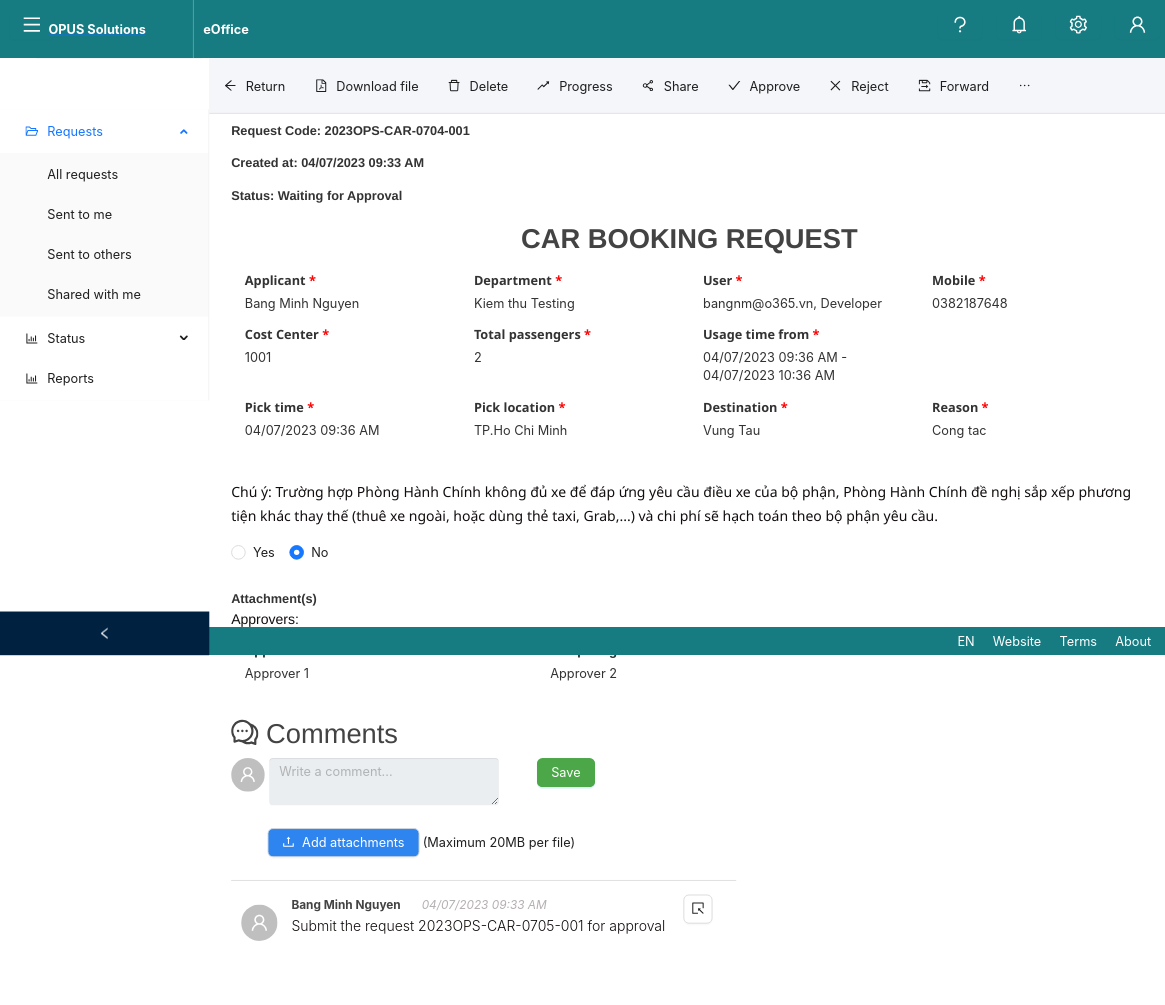
Repository: vannam272008/car-booking
Page: /request/detail
These files come from the project's save history. The page is drawn as it stood at one moment and after the next save; the edit follows.
The browser window is 1280 px wide. The pictures show the whole page, at 91% of full size.
The project was rebuilt for these pictures with package versions that can differ from the ones it lists, and the page was loaded fresh each time. Also part of the build but not shown: src/Components/AppSider/AppSider.scss, src/Components/AppSider/AppSider.css, src/Pages/ManageRequest/index.css, src/Pages/ManageRequest/ManageRequest.tsx, src/Components/AddRequest/MenuAdd/menuAdd.tsx, src/Components/AddRequest/SendApprover/sendApprover.css, src/Components/AddRequest/SendApprover/sendApprover.tsx, src/Components/AddRequest/AddRequest/addRequest.css and 1 more. Imported but missing from the stored project, and not drawn on this page: src/Pages/Home.

Above is the page before, as saved 2023-07-10 16:24:54.

### src/index.tsx
import React from 'react';
import ReactDOM from 'react-dom/client';
import './index.css';
import App from './App';
import reportWebVitals from './reportWebVitals';
import { BrowserRouter } from 'react-router-dom';
import { Provider } from 'react-redux';
import { configureStore } from '@reduxjs/toolkit';
import requestReducer from './Reducers/requestReducer';
import { store } from './Store/store';


const root = ReactDOM.createRoot(
  document.getElementById('root') as HTMLElement
);
root.render(
  <Provider store={store}>
    <React.StrictMode>
      <BrowserRouter>
        <App />
      </BrowserRouter>
    </React.StrictMode>
  </Provider>
);

// If you want to start measuring performance in your app, pass a function
// to log results (for example: reportWebVitals(console.log))
// or send to an analytics endpoint. Learn more: https://bit.ly/CRA-vitals
reportWebVitals();

### src/App.tsx
import { Route, Routes } from 'react-router-dom';
import './App.css';
import Home from './Pages/Home';
import DetailRequest from './Components/DetailRequest/DetailRequest/detailRequest';
import ManageRequest from './Pages/ManageRequest/ManageRequest';
import AddRequest from './Components/AddRequest/AddRequest/addRequest';


function App() {
  return (
    <Routes>
      <Route path="/" element={<Home />} />
      <Route path="/request/carbooking" element={<ManageRequest />} />
      <Route path="/request/detail" element={<DetailRequest />} />
      <Route path='/request/addrequest' element={<AddRequest />} />
      {/* <Route path="/employee/create" element={<AddEmployee />} />
        <Route path="/department/create" element={<AddDepartment />} /> */}
    </Routes>
  );
}

export default App;

### src/Store/store.ts
import requestReducer from "../Reducers/requestReducer";
import { configureStore, createStore } from "@reduxjs/toolkit";


// export const store = configureStore({
//     reduder: {
//         request: requestReducer
//     }
// });

export const store = createStore(requestReducer);

### src/Reducers/requestReducer.ts
// interface RequestState {
//     requestList: string[]
// }

const initState = {
    requestList: [],
    success: true,
}

const requestReducer = (state = initState, action: { type: any; payload: any }) => {
    switch (action.type) {
        case 'SET_REQUEST_LIST':
            return {
                ...state,
                requestList: action.payload,
                success: false
            }
        default:
            return state
    }
}

export default requestReducer

### src/Components/RequestLayout/index.jsx
import React, { useState } from 'react';
import { LaptopOutlined, NotificationOutlined, UserOutlined } from '@ant-design/icons';
import { Layout, theme } from 'antd';
import AppHeader from '../../Components/AppHeader';
import AppSider from '../../Components/AppSider';
import AppFooter from '../../Components/AppFooter';

import "./RequestLayout.scss";

const { Content } = Layout;

const RequestLayout = ({ profile, children }) => {
    const {
        token: { colorBgContainer },
    } = theme.useToken();

    return (
        <div className='manage-request'>
            <AppHeader />
            <Content>
                <Layout style={{ padding: '24px 0', backgroundColor: colorBgContainer }}>
                    <AppSider profile={profile} />
                    <Layout style={{ padding: '24px 0px',backgroundColor: colorBgContainer}}>
                        <Content style={{ padding: '0 24px', minHeight: 280 }}>
                            {children()}
                        </Content>
                    </Layout>
                </Layout>
            </Content>
            <AppFooter />
        </div>


    );
};

export default RequestLayout;

### src/Components/DetailRequest/DetailRequest/detailRequest.css
*{
    box-sizing: border-box;
  }
  .required {
    color: red;
  }
  .page-detail-request{
    min-height: calc(100vh - 83px);
    transition: all 0.3s;
    background-color: #ffffff;
    font-family: "Helvetica Neue",Helvetica,Arial,sans-serif;
    font-size: 14px;
    line-height: 1.42857143;
    color: #333;
    background-color: #fff;
  }

  .info-detail-request{
    margin-top: 85px;
    margin-right: -20px;
    padding-right: 15px;
  }

  .info-basic-detail-request p{
    width: 100%;
    font-weight: 700;
  }

  .title-detail-request{
    color: #434343;
    text-align: center;
    font-size: 30px;
    margin-top: 20px;
    margin-bottom: 20px;
    font-family: inherit;
    font-weight: 500;
    line-height: 1.1;
    font-weight: 700;
  }

  .content-detail-request{
    font-family: "Segoe UI";
    font-size: 14px;
    line-height: 1.42857143;
  }

  .col-detail-request{
    margin-bottom: 15px;
    position: relative;
    min-height: 1px;
    padding-right: 15px;
    padding-left: 15px;
  }

  .col-detail-request label{
    display: inline-block;
    max-width: 100%;
    margin-bottom: 5px;
    font-weight: 700;
    cursor: default;
    font-family: "Segoe UI";
  }
  .attention-detail-request{
    margin-top: 30px;
    margin-bottom: 30px;
    font-family: "Segoe UI";
  }

  .attention-detail-request  p{
    font-size: 1.1em;
    font-weight: 300;
    line-height: 1.7em;
    color: #130e0e;
  }

  .list-approvers p{
    font-size: 1.1em;
    font-weight: 300;
    line-height: 1.7em;
    color: #130e0e;
    margin: 0 0 10px;
  }

  .approver{
    margin-bottom: 15px;
    position: relative;
    min-height: 1px;
    padding-right: 15px;
    padding-left: 15px;
  }

  .approver  label{
    display: inline-block;
    max-width: 100%;
    margin-bottom: 5px;
    font-weight: 700;
    cursor: default;
  }

### src/Components/DetailRequest/Comments/comment.css
.comments-detail-request{
    margin-top: 25px;
}
.title-comment{
    color: #434343 !important;
    font-size: 30px;
    margin-top: 20px;
    margin-bottom: 10px;
    font-family: inherit;
    font-weight: 500;
    line-height: 1.1;
}
.row-comment-box{
    margin-bottom: 25px;
}
.input-comment{
    width: 100%;
    border: none;
    background: #EBEEF0;
    font-size: 14px;
    line-height: 1.42857143;
    color: #555;
    border-radius: 4px;
    box-shadow: inset 0 1px 1px rgba(0,0,0,.075);
}
.btn-comment{
    background-color: rgb(75,167,71);
    color: white;
}
.upload-comment{
    padding-left: 40px;
}
.list-comment{
    max-width: 555px;
    padding: 15px 0;
    border-top: 1px solid #DDDDDD;
}
.reply-upload-comment{
    margin-top: 15px;
}
.comment-avatar{
    float: left;
    width: 40px;
    padding: 1px;
    margin-top: 10px;
    margin-right: 10px;
    margin-left: 10px;
}
.comment-reply{
    width: 65px;
    text-align: right;
}
.comment-content{
    font-size: 1.1em;
    font-weight: 300;
    line-height: 1.7em;
    color: #130e0e;
    margin: 0 0 10px;
}
.comment-author{
    font-weight: 700;
    margin-right: 8px;
    color: #434343;
    font-size: 13px;
    line-height: 1.7em;
}
.comment-date{
    font-size: 13px;
    margin-left: 15px;
    color: #b4afb2;
    font-style: italic;
}
.reply-comment{
    width: 100%;
    border-top: 1px solid #DDDDDD;
    margin-left: 50px;
    padding: 15px 0;
}
.reply-row{
    width: 100%;
    margin-top: 15px;
    padding-bottom: 0;
    display: flex;
    flex-wrap: wrap;
}
.btn-cancel{
    border: 1px solid transparent;
    border-radius: 4px;
    font-size: 14px;
    font-weight: 400;
    line-height: 1.42857143;
    text-align: center;
    background-color: #f0ad4e;
    margin-left: 15px;
    color: #ffffff;
    padding: 4px 12px;
    height: 30px;
}
.btn-save{
    margin-left: 15px;
}
.reply-comment-row{
    width: 505px;
    margin-left: 50px;
    padding: 15px 0;
    border-top: 1px solid #DDDDDD;
    min-width: 444px;
}

### src/Components/DetailRequest/Menu/menu.css
.fixed-menu {
    position: fixed;
    top: 64px;
    width: 100%;
    z-index: 999;
    border-bottom: 1px solid #e1e1e1;
    border-top-left-radius: 0;
    background-color: rgb(245,246,250);
    min-height: 61px;
    display: flex;
    align-items: center;
    flex-wrap: wrap;
    margin-left: -24px;
}

.fixed-menu .Menu.Item {
    white-space: nowrap;
    margin: 0 10px;
    color: #8894A1;
    font-weight: 500;
    text-decoration: none;
    outline: none;
    transition: all 0.3s;
    cursor: pointer;
    background-color: transparent;
}

.fixed-menu .select-user-share .ant-modal-wrap {
    background-color: red;
}
.custom-menu{
    margin: 0 auto !important;
    top: 50%;
    transform: translateY(-50%) !important;
    width: 600px;
}
.custom-menu .ant-select {
  margin-bottom: 15px;
}

### src/Components/AppSider/index.tsx
import React, { useState } from 'react';
import type { MenuProps } from 'antd';
import { Layout, Menu, theme, Space, Affix } from 'antd';
import { Input } from 'antd';

import { FolderOpenOutlined, BarChartOutlined, SearchOutlined, SettingOutlined } from '@ant-design/icons';
import "./AppSider.scss";
import "./AppSider.css";



const { Sider } = Layout;

type MenuItem = Required<MenuProps>['items'][number];

function getItem(
    label: React.ReactNode,
    key: React.Key,
    icon?: React.ReactNode,
    children?: MenuItem[],
    type?: 'group',
): MenuItem {
    return {
        key,
        icon,
        children,
        label,
        type,
    } as MenuItem;
}



const AppSider = (props: any) => {

    const items: MenuProps['items'] = [
        getItem('Requests', 'requests', <FolderOpenOutlined />, [
            getItem('All requests', 'all-request'),
            getItem('Sent to me', 'sent-to-me'),
            getItem('Sent to others', 'sent-to-others'),
            getItem('Shared with me', 'shared-with-me'),
        ]),

        getItem('Status', 'status', <BarChartOutlined />, [
            getItem('Draft', 'draft'),
            getItem('Approving', 'approving'),
            getItem('Approved', 'approved'),
            getItem('Rejected', 'rejected'),
        ]),

        getItem('Reports', 'reports', <BarChartOutlined />),

    ];

    const profileItems: MenuProps['items'] = [

        getItem('Setting', 'setting', <SettingOutlined />),

    ];

    const [openItem, setOpenItem] = useState('requests');

    const handleClick: MenuProps['onClick'] = (e) => {
        console.log('click ', e);
    };
    const [collapsed, setCollapsed] = useState(false);
    const {
        token: { colorBgContainer },
    } = theme.useToken();
    return (
        <Sider collapsible collapsed={collapsed} onCollapse={(value) => setCollapsed(value)} style={{ background: colorBgContainer }} width={230}>
            <Space.Compact size="large">
                <Input addonBefore={<SearchOutlined />} placeholder="..." />
            </Space.Compact>
            <div className='menu'>
                <Affix offsetTop={120} onChange={(affixed) => console.log(affixed)}>
                    <Menu
                        className="menu-container"
                        mode="inline"
                        defaultSelectedKeys={[openItem]}
                        defaultOpenKeys={['requests']}
                        openKeys={[openItem]}
                        style={{ height: '100%' }}
                        items={props.profile ? profileItems : items}
                        onClick={handleClick}
                        onOpenChange={(openKey) => {
                            setOpenItem(openKey[1])
                        }}
                    >
                    </Menu>
                </Affix>
            </div>
        </Sider>


    )
}

export default AppSider;

### src/Components/AppFooter/index.tsx
import { Layout } from 'antd';
import "./AppFooter.scss";

const { Footer } = Layout

const AppFooter = () => {
    return (
        <Footer className='mcs-footer'>
            <div>
                <span className='footer-left'><b>Tasken @ Opus Solution</b></span>
                <div className='footer-right'>
                    <span>EN</span>
                    <span>Website</span>
                    <span>Terms</span>
                    <span>About</span>
                </div>
            </div>

        </Footer>)
}

export default AppFooter;

### src/Components/AppHeader/AppHeader.scss
.mcs-header {
    position: fixed;
    z-index: 1001;
    align-items: center;
    background-color: #167c82;
    width: 100%;
    padding-inline: 0;

    & .row-header {
        align-items: center;

        & .btn-menu {
            border: none;
            background-color: #167c82;
            color: white;
            font-size: 20px;
            margin-left: 10px;
        }
    }

    & .col-logo {
        width: 100%;
        border-right: 1px solid rgba(255, 255, 255, 0.3);


        & p {
            width: 100%;
            color: white;
            display: contents;
        }
    }

    & .col-label {
        padding-left: 10px;
        width: 100%;


        & p {
            width: 100%;
            color: white;
            display: contents;
        }
    }

    & .col-function {
        & .group-btn {
            float: right;

            & .btn-item {
                font-size: 20px;
                margin-left: 5px;
                margin-right: 5px;
                border: none;
                background-color: #167c82;
                color: white;

                margin-left: 10px;
            }

        }
    }







}

.ant-dropdown {

    & .dropdown-help {
        display: block;
        right: 0;
        top: 50px;
        width: 320px;
        height: calc(100vh - 84px);
        background-color: #fff;
        border: 1px solid #c8c8c8;

        & .title-dropdown {
            border-bottom: 1px solid #ddd;
            padding-bottom: 5px;
            padding-top: 5px;

            & span {
                margin-left: 10px;
                font-size: 25px;
            }

            & .btn-close {
                font-size: 20px;
                margin-left: 5px;
                margin-right: 5px;
                border: none;
                background-color: white;
                color: black;
                float: right;
            }
        }

        & .content-dropdown {
            display: block;
            margin-top: 10px;




            & .account-info {
                & img {
                    margin-left: 10px;
                    float: left;
                    width: 64px;
                    height: 64px;
                }

                & .info-name {
                    margin-left: 10px;
                    float: left;
                    font-size: 20px;
                }

                & .info-email {
                    margin-left: 10px;
                    font-style: italic;
                }
            }

            .content-info {
                border-top: 1px solid #ddd;
                margin-top: 20px;

                & span {
                    font-size: 20px;
                    margin-left: 10px;
                }

                & p {
                    color: #4BA747;
                    margin-left: 25px;
                }
            }

            & span {
                font-size: 20px;
                margin-left: 10px;
            }

            & p {
                color: #4BA747;
                margin-left: 25px;
            }


        }




    }
}

// .logo {
//     width: 200px;
//     height: 100px;
// }

// .header {
//     background-color: #fff;
//     height: 100px;
//     line-height: 100px;
//     padding: 0;
// }

// .header-name {
//     font-family: 'Segoe UI';
//     font-size: 16px;
//     font-weight: 700;
//     color: #0273bb;
// }

// .header-homepage {
//     font-family: 'Segoe UI';
//     font-size: 16px;
//     font-weight: 700;
//     color: #0273bb;
//     float: right;
//     padding-right: 50px;
//     position: relative;
//     top: -100px;
// }

// .logo-name {
//     display: flex;
// }


/* Extra small devices (phones, 600px and down) */
@media only screen and (max-width: 600px) {
    .header-homepage {
        display: none;
    }

    .header-name {
        font-size: 10px;
    }
}

/* Small devices (portrait tablets and large phones, 600px and up) */
@media only screen and (min-width: 600px) {}

/* Medium devices (landscape tablets, 768px and up) */
@media only screen and (min-width: 768px) {}

/* Large devices (laptops/desktops, 992px and up) */
@media only screen and (min-width: 992px) {}

/* Extra large devices (large laptops and desktops, 1200px and up) */
@media only screen and (min-width: 1240px) {}

### src/Components/AppFooter/AppFooter.scss
.mcs-footer {
    background-color: #167c82;
    color: #fff;
    position: fixed;
    width: 100%;
    bottom: 0;
    padding: 5px;

    & .footer-left {
        float: left;
    }

    & .footer-right {
        float: right;

        & span {
            padding-left: 10px;
            padding-right: 10px;
        }
    }
}

Loaded but not shown: public/index.html (common file); src/index.css (common file); src/reportWebVitals.ts (common file); src/App.css (common file); src/Components/AppHeader/index.tsx (200 lines, source omitted); src/Components/DetailRequest/Comments/comment.tsx (172 lines, source omitted); src/Components/DetailRequest/DetailRequest/detailRequest.tsx (143 lines, source omitted); src/Components/DetailRequest/Menu/menu.tsx (160 lines, source omitted); src/Components/AddRequest/MenuAdd/menuAdd.css (no stored copy; drawn as an empty file); src/Components/RequestLayout/RequestLayout.scss (no stored copy; drawn as an empty file)

After the next save:
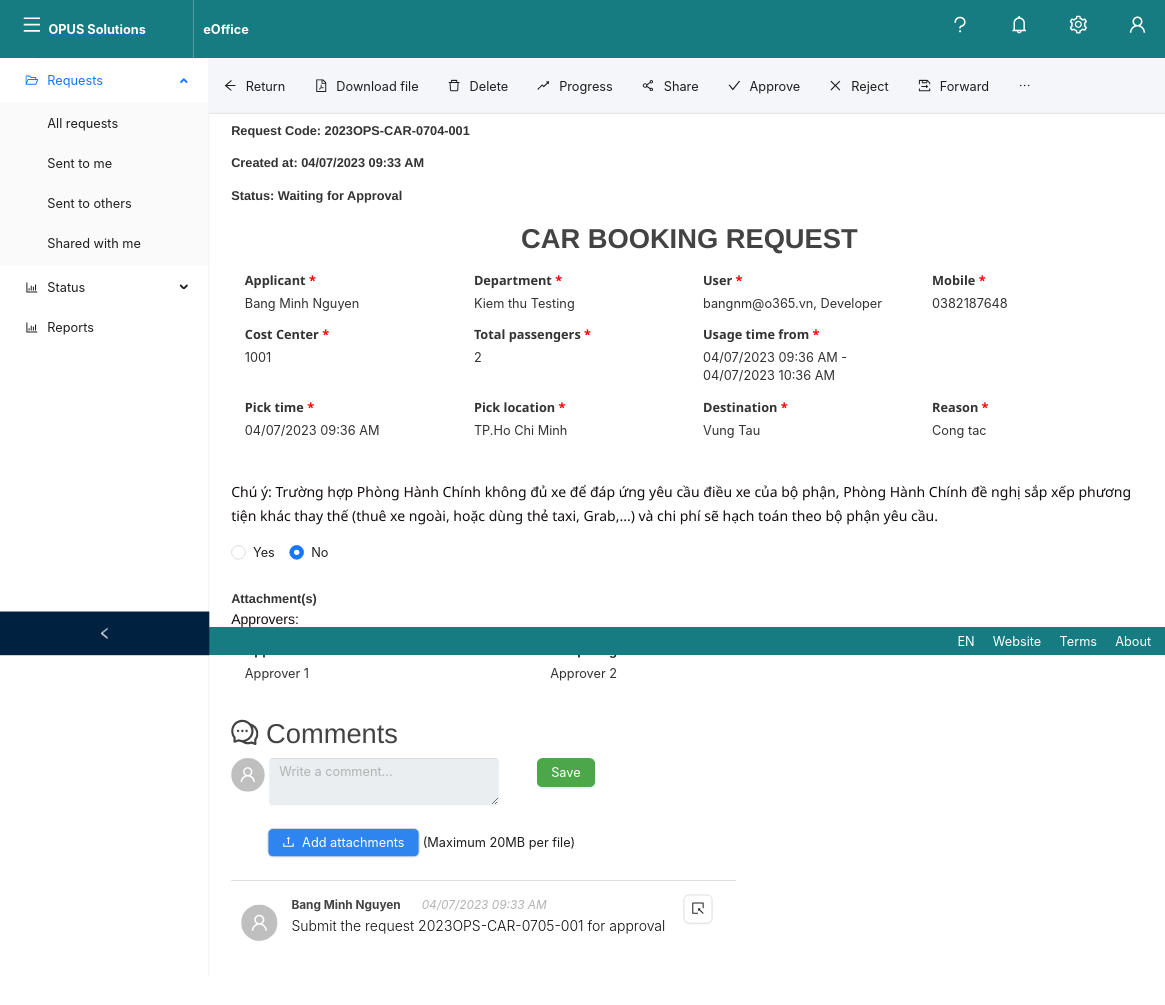
Saved 30 s later.
--- a/src/Components/AppSider/index.tsx
+++ b/src/Components/AppSider/index.tsx
@@ -1,6 +1,6 @@
 import React, { useState } from 'react';
 import type { MenuProps } from 'antd';
-import { Layout, Menu, theme, Space, Affix } from 'antd';
+import { Layout, Menu, theme, Space } from 'antd';
 import { Input } from 'antd';
 
 import { FolderOpenOutlined, BarChartOutlined, SearchOutlined, SettingOutlined } from '@ant-design/icons';
@@ -72,24 +72,19 @@ const AppSider = (props: any) => {
             <Space.Compact size="large">
                 <Input addonBefore={<SearchOutlined />} placeholder="..." />
             </Space.Compact>
-            <div className='menu'>
-                <Affix offsetTop={120} onChange={(affixed) => console.log(affixed)}>
-                    <Menu
-                        className="menu-container"
-                        mode="inline"
-                        defaultSelectedKeys={[openItem]}
-                        defaultOpenKeys={['requests']}
-                        openKeys={[openItem]}
-                        style={{ height: '100%' }}
-                        items={props.profile ? profileItems : items}
-                        onClick={handleClick}
-                        onOpenChange={(openKey) => {
-                            setOpenItem(openKey[1])
-                        }}
-                    >
-                    </Menu>
-                </Affix>
-            </div>
+            <Menu
+                className='menu-sider-layout'
+                mode="inline"
+                defaultSelectedKeys={[openItem]}
+                defaultOpenKeys={['requests']}
+                openKeys={[openItem]}
+                style={{ height: '100%' }}
+                items={props.profile ? profileItems : items}
+                onClick={handleClick}
+                onOpenChange={(openKey) => {
+                    setOpenItem(openKey[1])
+                }}
+            />
         </Sider>
 
 
